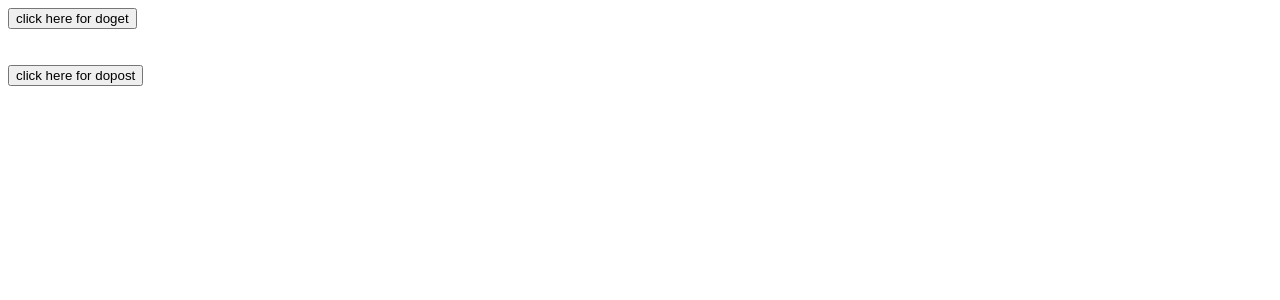
Repository: kajol-thakur5/backend_proj
Page: myfirstprac/WebContent/index.html
These files come from the project's save history. The page is drawn as it stood at one moment and after the next save; the edit follows.
The browser window is 1280 px wide. The pictures show the whole page.

Above is the page before, as saved 2023-02-02 12:11:05.

After the next save:
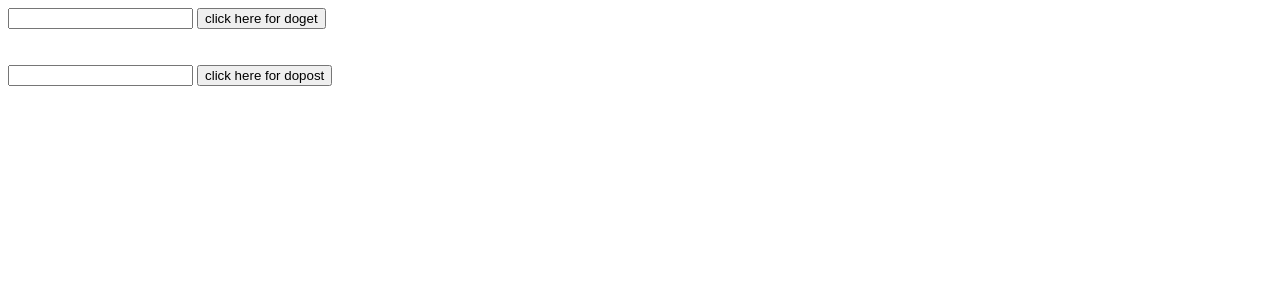
Saved 15 s later.
--- a/myfirstprac/WebContent/index.html
+++ b/myfirstprac/WebContent/index.html
@@ -6,11 +6,14 @@
 </head>
 <body>
 <form action="oneservlet" method="get">
+<input type="text" name="name">
 <input type="submit" value="click here for doget">
 </form>
 <br>
 <br>
 <form action="oneservlet" method="post">
+
+<input type="text" name="name">
 <input type="submit" value="click here for dopost"></form>
 </body>
 </html>
